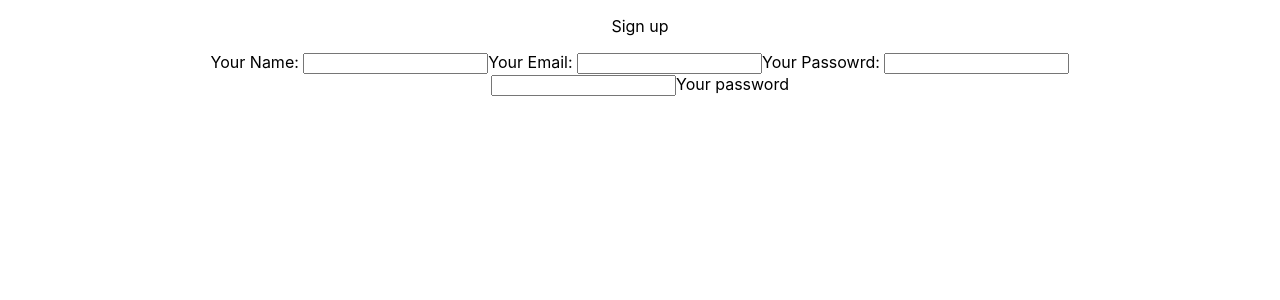
Repository: Rubin78/loginform
Page: /
The author's editor kept a copy of each file at every save. The page is drawn from the files as they stood at one save, then again after the next save.
The browser window is 1280 px wide. The pictures show the whole page.
The project was rebuilt for these pictures with package versions that can differ from the ones it lists, and the page was loaded fresh each time. Also part of the build but not shown: src/loginform/loginform.js.

Above is the page before, as saved 2021-02-12 13:46:58.

### src/App.js
import logo from "./logo.svg";
import "./App.css";
import { BrowserRouter as Router, Switch, Route } from "react-router-dom";
import loginform from "./loginform/loginform";
import signupform from "./loginform/signupform";


function App() {
  return (
    <Router>
      <div className="App">
        <Switch>
          <Route exact path="/loginform" component={loginform} />
          <Route exact path="/" component={signupform} />

          <Route render={() => <h2>welcome to portfolio </h2>} />
        </Switch>
      </div>
    </Router>
  );
}

export default App;

### src/loginform/signupform.js
import React from "react";
import { MDBContainer, MDBRow, MDBCol, MDBBtn, MDBInput } from "mdbreact";
import { BrowserRouter as Router, Switch, Route ,Link} from "react-router-dom";


const FormPage = () => {
  return (
    <MDBContainer>
      <MDBRow>
        <MDBCol md="6">
          <form>
            <p className="h5 text-center mb-4">Sign up</p>
            <div className="grey-text">
            <label for="yourName">Your Name: </label>
              <input
                label="Your name"
                id="yourName"
                // icon="user"
                // group
                type="text"
                // validate
                // error="wrong"
                // success="right"
              />
            <label for="yourEmail">Your Email: </label>
              <input
                label="Your name"
                id="yourEmail"
                // icon="user"
                // group
                type="text"
                // validate
                // error="wrong"
                // success="right"
              />
            <label for="yourPassword">Your Passowrd: </label>
              <input
                label="Your name"
                id="yourPassword"
                // icon="user"
                // group
                type="text"
                // validate
                // error="wrong"
                // success="right"
              />
              <MDBInput
                label="Your password"
                icon="lock"
                group
                type="password"
                validate
              />
            </div>
            <div className="text-center">
              {/* <li>
                <Link to="/login" onClick={this.gotosignupform}>
                  Login
                </Link>
              </li> */}
            </div>
          </form>
        </MDBCol>
      </MDBRow>
    </MDBContainer>
  );
};

export default FormPage;

Loaded but not shown: public/index.html (common file); src/index.js (common file); src/index.css (common file); src/reportWebVitals.js (common file); src/App.css (common file)

After the next save:
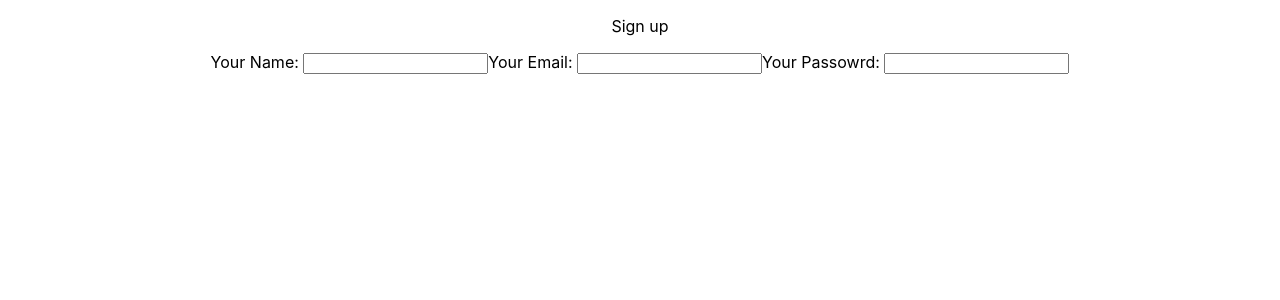
Saved 6 s later.
--- a/src/loginform/signupform.js
+++ b/src/loginform/signupform.js
@@ -44,13 +44,6 @@ const FormPage = () => {
                 // error="wrong"
                 // success="right"
               />
-              <MDBInput
-                label="Your password"
-                icon="lock"
-                group
-                type="password"
-                validate
-              />
             </div>
             <div className="text-center">
               {/* <li>
